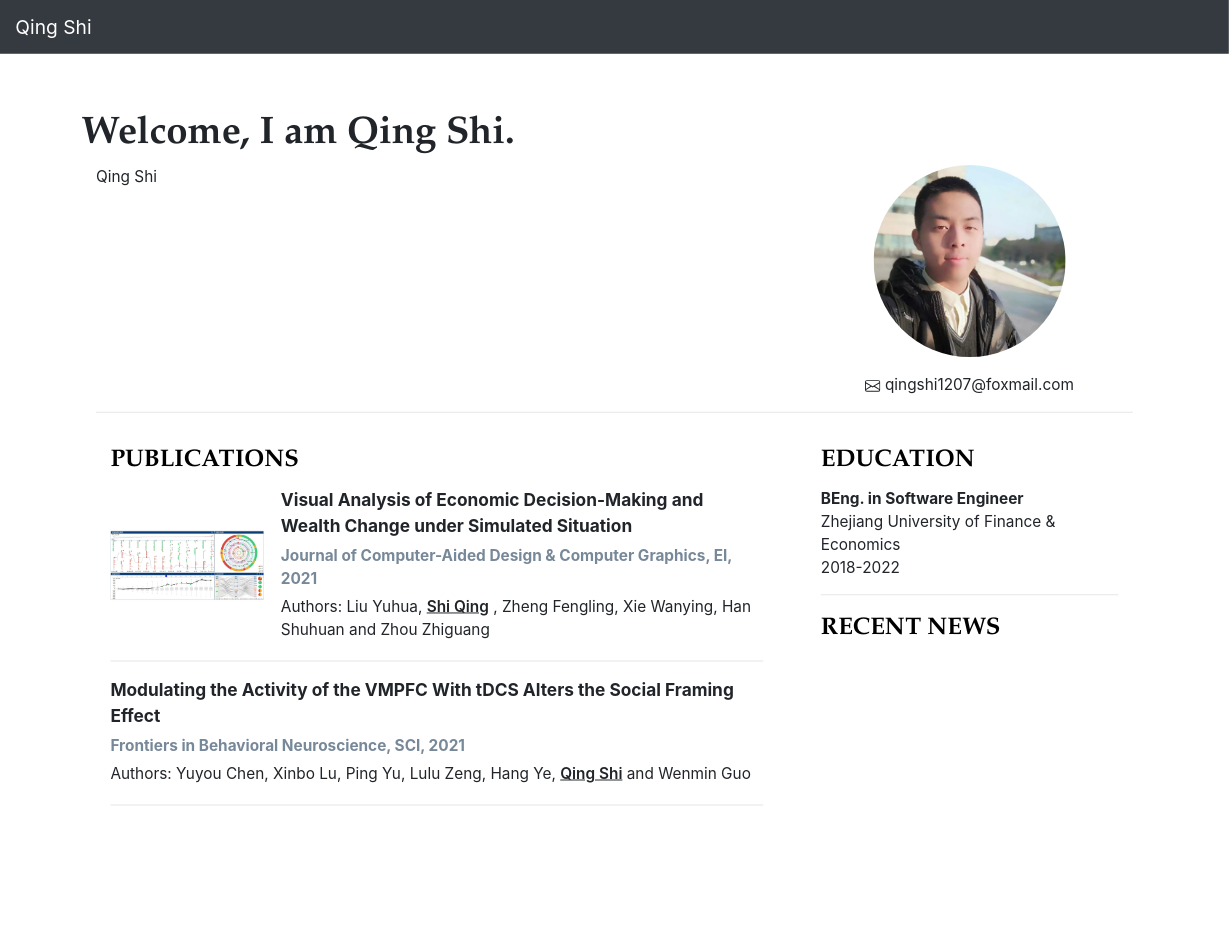
Repository: sqsssq/webpage
Page: index.html
These files come from the project's save history. The page is drawn as it stood at one moment and after the next save; the edit follows.
The browser window is 1280 px wide. The pictures show the whole page, at 96% of full size.
Some web libraries are served in a nearby version.

Above is the page before, as saved 2022-03-28 12:07:41.

After the next save:
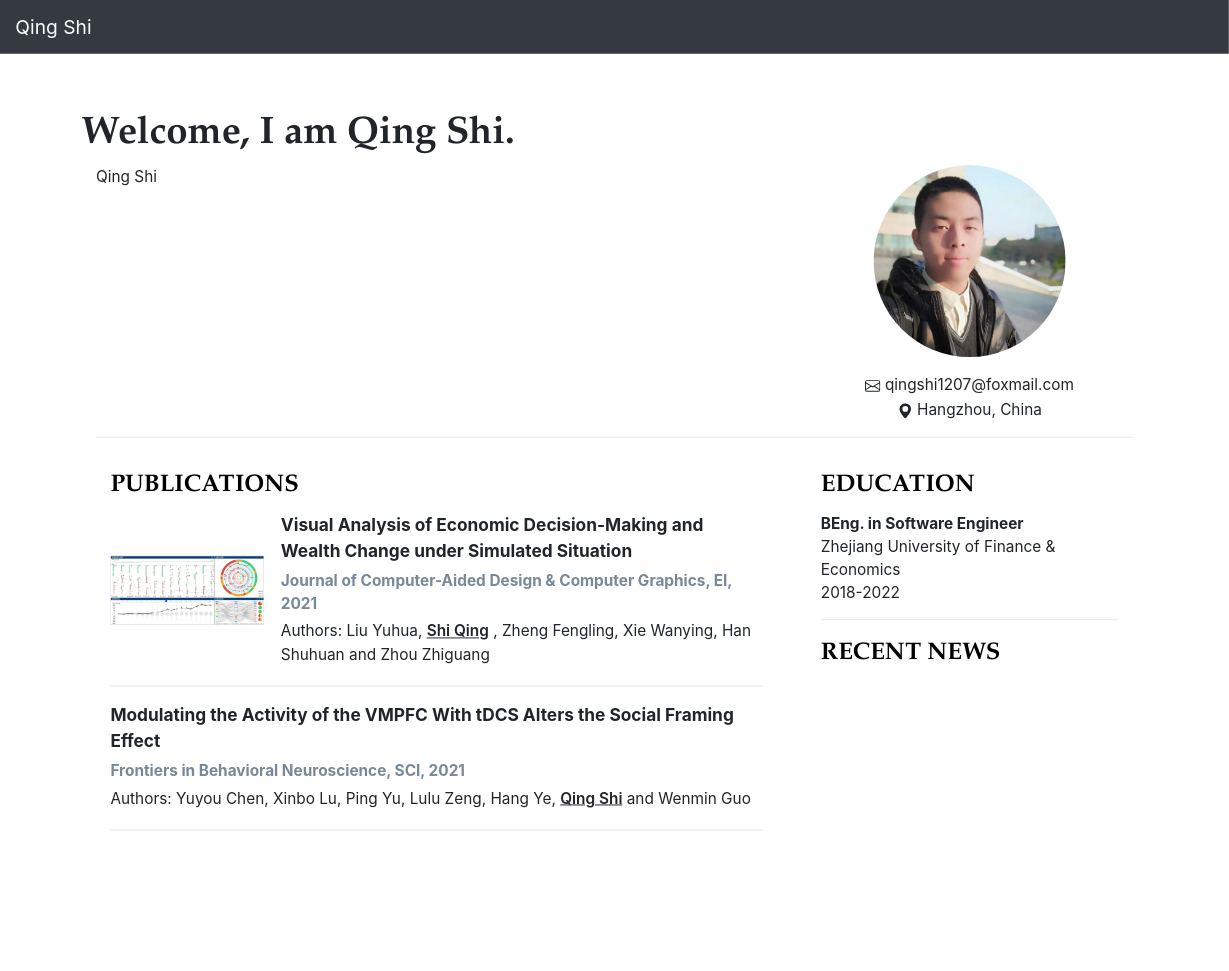
Saved 86 s later.
--- a/index.html
+++ b/index.html
@@ -1,6 +1,6 @@
 <!--
  * @Author: Qing Shi
- * @LastEditTime: 2022-03-28 12:07:41
+ * @LastEditTime: 2022-03-28 12:09:07
  * @Knowledge:
  * @Description: my homepage
  * @Attention:
@@ -53,10 +53,19 @@
                 <img src="figure/sq3.jpg">
                 <div class="info">
                     <!-- <svg class="svg-inline--fa fa-envelope-square fa-w-14 fa-fw fa-lg mr-2" aria-hidden="true" focusable="false" data-prefix="fas" data-icon="envelope-square" role="img" xmlns="http://www.w3.org/2000/svg" viewBox="0 0 448 512" data-fa-i2svg=""><path fill="currentColor" d="M400 32H48C21.49 32 0 53.49 0 80v352c0 26.51 21.49 48 48 48h352c26.51 0 48-21.49 48-48V80c0-26.51-21.49-48-48-48zM178.117 262.104C87.429 196.287 88.353 196.121 64 177.167V152c0-13.255 10.745-24 24-24h272c13.255 0 24 10.745 24 24v25.167c-24.371 18.969-23.434 19.124-114.117 84.938-10.5 7.655-31.392 26.12-45.883 25.894-14.503.218-35.367-18.227-45.883-25.895zM384 217.775V360c0 13.255-10.745 24-24 24H88c-13.255 0-24-10.745-24-24V217.775c13.958 10.794 33.329 25.236 95.303 70.214 14.162 10.341 37.975 32.145 64.694 32.01 26.887.134 51.037-22.041 64.72-32.025 61.958-44.965 81.325-59.406 95.283-70.199z"></path></svg> -->
-                    <svg xmlns="http://www.w3.org/2000/svg" width="16" height="16" fill="currentColor" class="bi bi-envelope" viewBox="0 0 16 16">
-                        <path d="M0 4a2 2 0 0 1 2-2h12a2 2 0 0 1 2 2v8a2 2 0 0 1-2 2H2a2 2 0 0 1-2-2V4Zm2-1a1 1 0 0 0-1 1v.217l7 4.2 7-4.2V4a1 1 0 0 0-1-1H2Zm13 2.383-4.708 2.825L15 11.105V5.383Zm-.034 6.876-5.64-3.471L8 9.583l-1.326-.795-5.64 3.47A1 1 0 0 0 2 13h12a1 1 0 0 0 .966-.741ZM1 11.105l4.708-2.897L1 5.383v5.722Z"/>
-                      </svg>
+                    <svg xmlns="http://www.w3.org/2000/svg" width="16" height="16" fill="currentColor"
+                        class="bi bi-envelope" viewBox="0 0 16 16">
+                        <path
+                            d="M0 4a2 2 0 0 1 2-2h12a2 2 0 0 1 2 2v8a2 2 0 0 1-2 2H2a2 2 0 0 1-2-2V4Zm2-1a1 1 0 0 0-1 1v.217l7 4.2 7-4.2V4a1 1 0 0 0-1-1H2Zm13 2.383-4.708 2.825L15 11.105V5.383Zm-.034 6.876-5.64-3.471L8 9.583l-1.326-.795-5.64 3.47A1 1 0 0 0 2 13h12a1 1 0 0 0 .966-.741ZM1 11.105l4.708-2.897L1 5.383v5.722Z" />
+                    </svg>
                     qingshi1207@foxmail.com
+                    <br>
+                    <svg xmlns="http://www.w3.org/2000/svg" width="16" height="16" fill="currentColor"
+                        class="bi bi-geo-alt-fill" viewBox="0 0 16 16">
+                        <path
+                            d="M8 16s6-5.686 6-10A6 6 0 0 0 2 6c0 4.314 6 10 6 10zm0-7a3 3 0 1 1 0-6 3 3 0 0 1 0 6z" />
+                    </svg>
+                    Hangzhou, China
                 </div>
             </div>
         </div>
